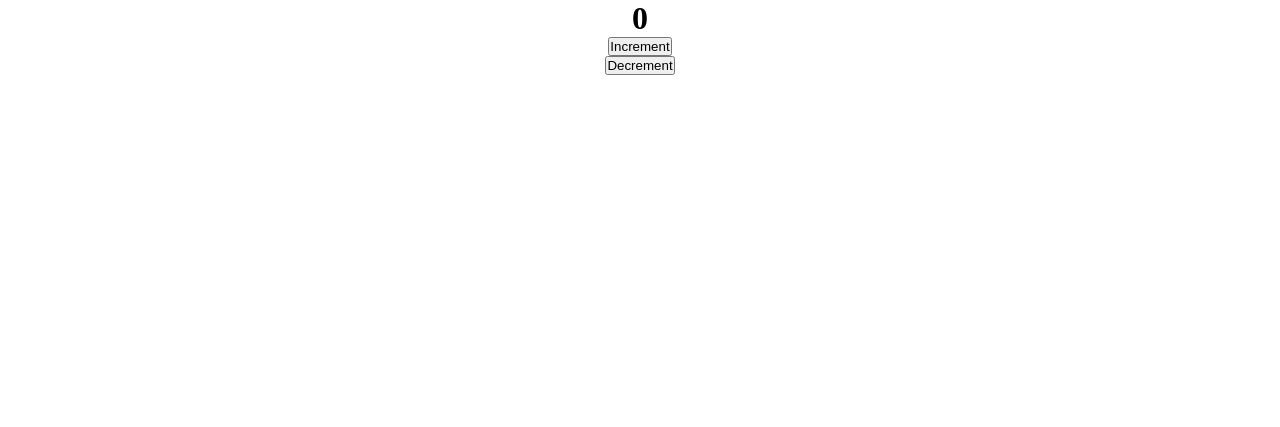
Repository: Ellisvelandia/react_introduction_test
Page: /
The author's editor kept a copy of each file at every save. The page is drawn from the files as they stood at one save, then again after a run of saves.
The browser window is 1280 px wide. The pictures show the whole page.
The project was rebuilt for these pictures with package versions that can differ from the ones it lists, and the page was loaded fresh each time. Also part of the build but not shown: src/index.css.

Above is the page before, as saved 2022-08-15 19:34:21.

### src/App.js
import "./App.css";
import React, { useState } from "react";

const App = () => {
  const [num, changeNum] = useState(0);

  const incrementNum = () => {
    changeNum(num + 2);
  };

  const decrementNum = () => {
    if (num - 1 < 0) {
      alert(`you can't decrease than 0`);
    } else {
      changeNum(num - 2);
    }
  };

  return (
    <>
      <div className="container">
        <h1>{num}</h1>
        <button onClick={incrementNum}>Increment</button>
        <button onClick={decrementNum}>Decrement</button>
      </div>
    </>
  );
};

export default App;

### src/App.css
* {
  margin: 0;
  padding: 0;
  box-sizing: border-box;
}

body {
  width: 100%;
  height: 100vh;
}

.container {
  display: flex;
  justify-content: center;
  align-items: center;
  flex-direction: column;
}

h1 {
  text-align: center;
}

Loaded but not shown: public/index.html (common file); src/index.js (common file); src/reportWebVitals.js (common file)

After the next 2 saves:
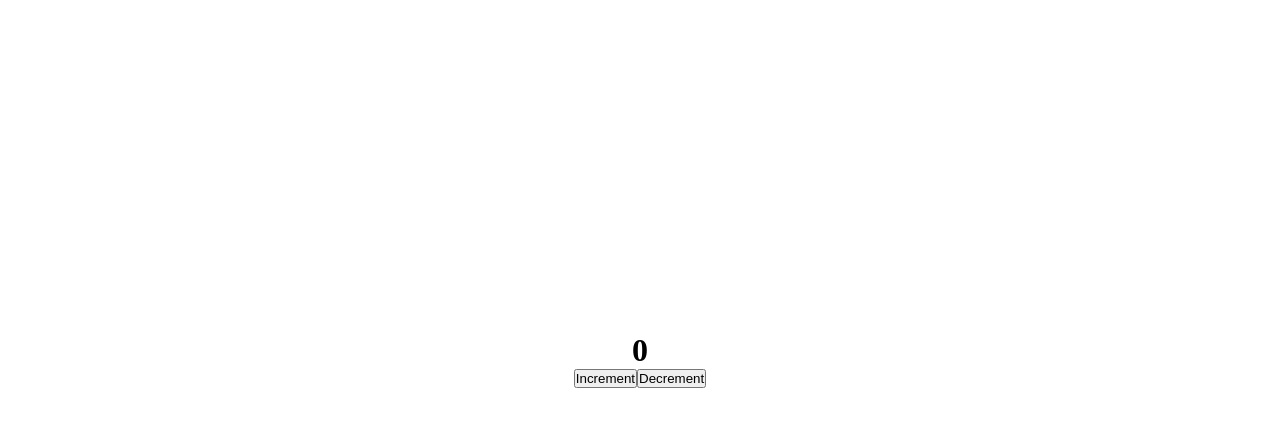
The 2 saves are shown as one change because they came seconds apart.
The last was saved 2 min 52 s later.
--- a/src/App.css
+++ b/src/App.css
@@ -7,15 +7,16 @@
 body {
   width: 100%;
   height: 100vh;
-}
-
-.container {
-  display: flex;
+    display: flex;
   justify-content: center;
   align-items: center;
   flex-direction: column;
 }
 
+.container {
+
+}
+
 h1 {
   text-align: center;
 }
